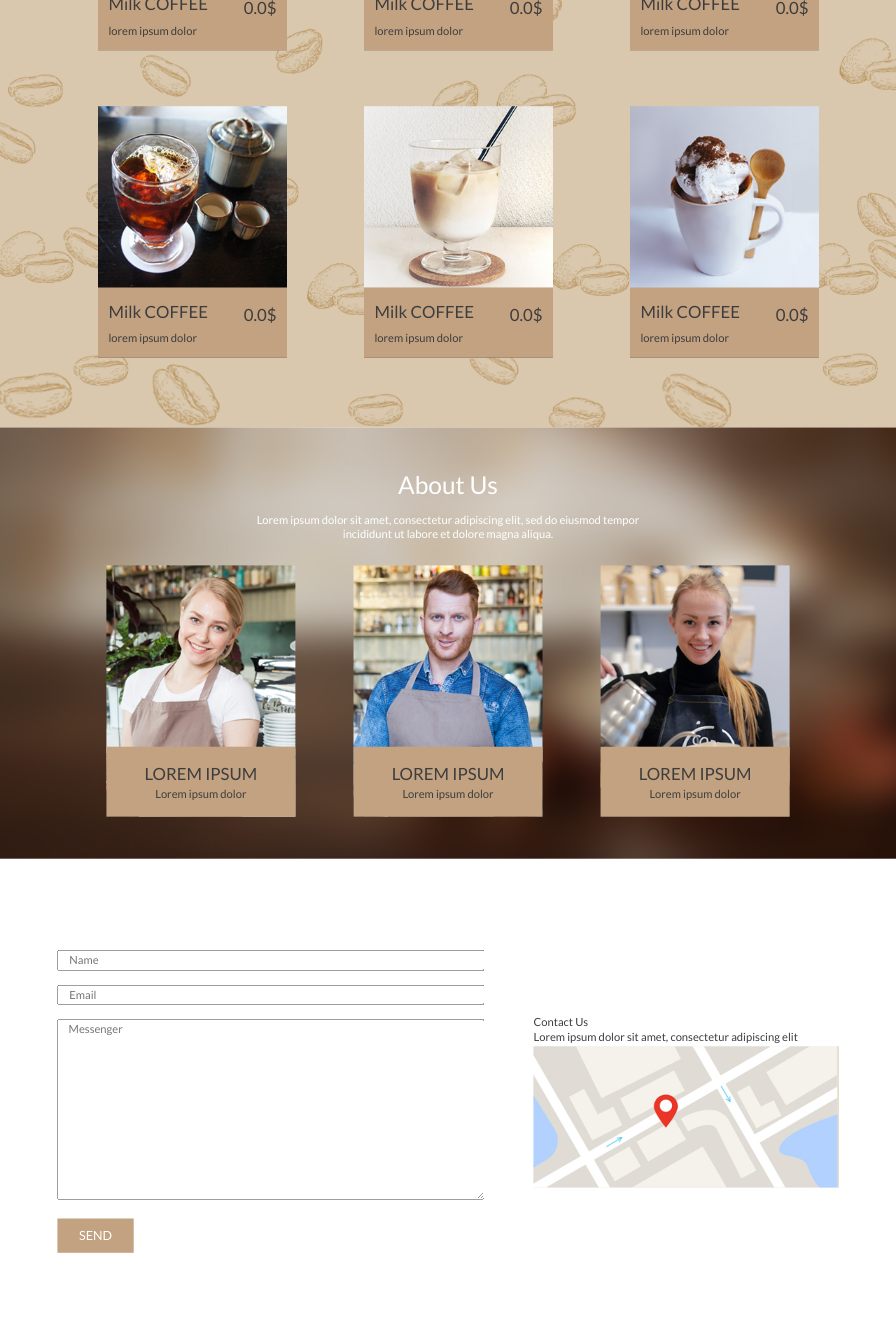
Repository: kuluong2000/coffe
Page: index.html
These files come from the project's save history. The page is drawn as it stood at one moment and after the next save; the edit follows.
The browser window is 1280 px wide. The pictures show the part of the page from y = 1744 to 3664 px (the page is 3664 px tall), at 70% of full size.

Above is the page before, as saved 2021-10-04 22:55:34.

### index.html
<!DOCTYPE html>
<html lang="en">
  <head>
    <meta charset="UTF-8" />
    <meta http-equiv="X-UA-Compatible" content="IE=edge" />
    <meta name="viewport" content="width=device-width, initial-scale=1.0" />
    <link rel="stylesheet" href="./libs/css/bootstrap.min.css" />
    <link rel="stylesheet" href="./libs/css/animate.css" />
    <link rel="stylesheet" href="./libs/css/slick-theme.css" />
    <link rel="stylesheet" href="./libs/css/slick.css" />
    <link rel="stylesheet" href="./Assets/css/reset.css" />
    <link rel="stylesheet" href="./Assets/css/style.css" />
    <link rel="stylesheet" href="./Assets/css/responsive.css" />
    <title>Document</title>
  </head>
  <body>
    <header class="header">
      <div class="container">
        <div class="row">
          <div class="header-main">
            <div class="header-menu">
              <a href="#">
                <img src="./Assets/image/logo.png" alt="" srcset="" />
              </a>
            </div>
            <nav>
              <ul class="header-menu">
                <li class="header-menu-item"><a href="#" class="header-menu-link">Home</a></li>
                <li class="header-menu-item"><a href="#" class="header-menu-link">Our Story</a></li>
                <li class="header-menu-item"><a href="#" class="header-menu-link">Menu</a></li>
                <li class="header-menu-item"><a href="#" class="header-menu-link">Order</a></li>
                <li class="header-menu-item"><a href="#" class="header-menu-link">About Us</a></li>
                <li class="header-menu-item"><a href="#" class="header-menu-link">Contact</a></li>
                <li class="header-menu-item"><a href="#" class="header-menu-link">Cart</a></li>
              </ul>
            </nav>
          </div>
        </div>
      </div>
    </header>
    <main>
      <section class="banner">
        <div class="banner-img">
          <img src="./Assets/image/banner.jpg" alt="" srcset="" />
        </div>
        <div class="container">
          <div class="row">
            <div class="banner-main">
              <div class="banner-content">
                <h1 class="banner-heading">HELLO COFFEE</h1>
                <p class="banner-desc">Lorem ipsum dolor sit amet, consectetur adipiscing elit, sed do eiusmod tempor incididunt ut labore et...</p>
                <a href="#" class="btn"> Read More </a>
              </div>
            </div>
          </div>
        </div>
      </section>
      <section class="story">
        <div class="container">
          <div class="row">
            <div class="story-main">
              <div class="story-media">
                <div class="story-image">
                  <img src="./Assets/image/story.jpg" alt="" />
                </div>
              </div>
              <div class="story-info">
                <div class="story-title">Our Story</div>
                <p class="story-desc">
                  Lorem ipsum dolor sit amet, consectetur adipiscing elit, sed do eiusmod tempor incididunt ut labore et dolore magna aliqua.
                  <br />
                  Ut enim ad minim veniam, quis nostrud exercitation ullamco laboris nisi ut aliquip ex ea commodo consequat.
                </p>
                <a href="#" class="btn">Read More</a>
              </div>
            </div>
          </div>
        </div>
      </section>
      <section class="menu">
        <div class="container">
          <div class="row">
            <div class="menu-main">
              <div class="box">
                <h2 class="title menu-box-title">Menu</h2>
                <p class="desc menu-box-desc">Lorem ipsum dolor sit amet, consectetur adipiscing elit, sed do eiusmod tempor incididunt ut labore et dolore magna aliqua.</p>
              </div>
              <div class="menu-list">
                <div class="menu-item">
                  <div class="menu-item-image">
                    <img src="./Assets/image/menu_img1.jpg" alt="" />
                  </div>
                  <div class="menu-item-info">
                    <div class="menu-item-content">
                      <h2 class="menu-item-name">Milk COFFEE</h2>
                      <p class="menu-item-desc">lorem ipsum dolor</p>
                    </div>
                    <p class="menu-item-price">0.0$</p>
                  </div>
                </div>
                <div class="menu-item">
                  <div class="menu-item-image">
                    <img src="./Assets/image/menu_img2.jpg" alt="" />
                  </div>
                  <div class="menu-item-info">
                    <div class="menu-item-content">
                      <h2 class="menu-item-name">Milk COFFEE</h2>
                      <p class="menu-item-desc">lorem ipsum dolor</p>
                    </div>
                    <p class="menu-item-price">0.0$</p>
                  </div>
                </div>
                <div class="menu-item">
                  <div class="menu-item-image">
                    <img src="./Assets/image/menu_img3.jpg" alt="" />
                  </div>
                  <div class="menu-item-info">
                    <div class="menu-item-content">
                      <h2 class="menu-item-name">Milk COFFEE</h2>
                      <p class="menu-item-desc">lorem ipsum dolor</p>
                    </div>
                    <p class="menu-item-price">0.0$</p>
                  </div>
                </div>
                <div class="menu-item">
                  <div class="menu-item-image">
                    <img src="./Assets/image/menu_img4.jpg" alt="" />
                  </div>
                  <div class="menu-item-info">
                    <div class="menu-item-content">
                      <h2 class="menu-item-name">Milk COFFEE</h2>
                      <p class="menu-item-desc">lorem ipsum dolor</p>
                    </div>
                    <p class="menu-item-price">0.0$</p>
                  </div>
                </div>
                <div class="menu-item">
                  <div class="menu-item-image">
                    <img src="./Assets/image/menu_img5.jpg" alt="" />
                  </div>
                  <div class="menu-item-info">
                    <div class="menu-item-content">
                      <h2 class="menu-item-name">Milk COFFEE</h2>
                      <p class="menu-item-desc">lorem ipsum dolor</p>
                    </div>
                    <p class="menu-item-price">0.0$</p>
                  </div>
                </div>
                <div class="menu-item">
                  <div class="menu-item-image">
                    <img src="./Assets/image/menu_img6.jpg" alt="" />
                  </div>
                  <div class="menu-item-info">
                    <div class="menu-item-content">
                      <h2 class="menu-item-name">Milk COFFEE</h2>
                      <p class="menu-item-desc">lorem ipsum dolor</p>
                    </div>
                    <p class="menu-item-price">0.0$</p>
                  </div>
                </div>
              </div>
            </div>
          </div>
        </div>
      </section>
      <section class="about">
        <div class="container">
          <div class="row">
            <div class="about-main">
              <div class="box">
                <h2 class="title">About Us</h2>
                <p class="desc">Lorem ipsum dolor sit amet, consectetur adipiscing elit, sed do eiusmod tempor incididunt ut labore et dolore magna aliqua.</p>
              </div>
              <div class="about-list">
                <div class="about-item">
                  <div class="about-avatar">
                    <img src="/Assets/image/about_img1.jpg" alt="" />
                  </div>
                  <div class="about-info">
                    <h2 class="about-name">Lorem Ipsum</h2>
                    <p class="about-position">Lorem ipsum dolor</p>
                    <a href="#" class="btn about-btn">Read More</a>
                  </div>
                </div>
                <div class="about-item">
                  <div class="about-avatar">
                    <img src="/Assets/image/about_img2.jpg" alt="" />
                  </div>
                  <div class="about-info">
                    <h2 class="about-name">Lorem Ipsum</h2>
                    <p class="about-position">Lorem ipsum dolor</p>
                    <a href="#" class="btn about-btn">Read More</a>
                  </div>
                </div>
                <div class="about-item">
                  <div class="about-avatar">
                    <img src="/Assets/image/about_img3.jpg" alt="" />
                  </div>
                  <div class="about-info">
                    <h2 class="about-name">Lorem Ipsum</h2>
                    <p class="about-position">Lorem ipsum dolor</p>
                    <a href="#" class="btn about-btn">Read More</a>
                  </div>
                </div>
              </div>
            </div>
          </div>
        </div>
      </section>
      <section class="contact">
        <div class="container">
          <div class="row">
            <div class="contact-main">
              <div class="contact-form">
                <form action="">
                  <input type="text" placeholder="Name" />
                  <input type="email" name="" id="" placeholder="Email" />
                  <textarea name="" id="" cols="30" rows="10" placeholder="Messenger"></textarea>
                  <a href="#" class="btn form-btn">Send</a>
                </form>
              </div>
              <div class="contact-map">
                <h2 class="contact-name">Contact Us</h2>
                <p class="contact-desc">Lorem ipsum dolor sit amet, consectetur adipiscing elit</p>
                <img src="./Assets/image/contact_img.jpg" alt="" />
              </div>
            </div>
          </div>
        </div>
      </section>
    </main>

    <script src="./libs/Js/jquery-3.5.1.slim.min.js"></script>
    <script src="./libs/Js/bootstrap.min.js"></script>
    <script src="./libs/Js/slick.min.js"></script>
    <script src="./libs/Js/wow.js"></script>
  </body>
</html>

### Assets/css/reset.css
html, body, div, span, applet, object, iframe,
h1, h2, h3, h4, h5, h6, p, blockquote, pre,
a, abbr, acronym, address, big, cite, code,
del, dfn, em, img, ins, kbd, q, s, samp,
small, strike, strong, sub, sup, tt, var,
b, u, i, center,
dl, dt, dd, ol, ul, li,
fieldset, form, label, legend,
table, caption, tbody, tfoot, thead, tr, th, td,
article, aside, canvas, details, embed,
figure, figcaption, footer, header, hgroup,
menu, nav, output, ruby, section, summary,
time, mark, audio, video {
	margin: 0;
	padding: 0;
	border: 0;
	font-size: 100%;
	vertical-align: baseline;
}
/* HTML5 display-role reset for older browsers */
article, aside, details, figcaption, figure,
footer, header, hgroup, menu, nav, section {
	display: block;
}
* {
	box-sizing: border-box;
}
body {
	line-height: 1;
  font-family: 'Muli', sans-serif;


  font-style: normal;
  font-weight: normal;
  font-size: 16px;
  line-height: 32px;
}
ol, ul {
	list-style: none;
}
blockquote, q {
	quotes: none;
}
blockquote:before, blockquote:after,
q:before, q:after {
	content: '';
	content: none;
}
table {
	border-collapse: collapse;
	border-spacing: 0;
}

img {
  max-width: 100%;
	vertical-align: bottom;
}
a {
	outline: none;
}

### Assets/css/style.css
@import url('https://fonts.googleapis.com/css2?family=Lato:ital,wght@0,400;0,700;0,900;1,300;1,400;1,700;1,900&display=swap');
*{
    padding: 0;
    margin: 0;
    box-sizing: border-box;
}
body{
    font-family: 'Lato', sans-serif;
    font-size: 16px;
    line-height: 1.6;
    color: #3d3d3d;
    font-weight: 400;
}

.header{
    position: absolute;
    width: 100%;
    background-color: rgba(0,0,0 , 0.5);
    padding: 20px 0 20px;
    z-index: 99;
}
.header-main{
    display:flex;
    justify-content: space-between;
    align-items: center;
}
.header-menu{
    display:flex;
    justify-content: space-between;
    align-items: center;
}
.header-menu-item{
    list-style-type: none;
}
.header-menu-item:not(:first-child){
    margin-left: 25px;
}
.header-menu-link{
    position: relative;
    color: white;
    text-transform: uppercase;
    text-decoration: none;
    font-size: 12px;
    padding-bottom: 7px;

}
.header-menu-link::before{
    content: '';
    position: absolute;
    bottom: 0;
    left:  0;
    height: 2px;
    width: 100%;
    background-color: #c3a281;
    transform: scale(0);
    transition: 0.5s;
    transform-origin: right;
}
.header-menu-link:hover,
.header-menu-link:hover::before{
    color: #c3a281;
    transform: scale(1);
}
.banner{
    position: relative;
    min-height: 660px;

}
.banner-img{
    position: relative;
    z-index: -1;
    object-fit: cover;
    width: 100%;
}
.banner-img img{
    width: 100%;
}

.banner-main{
    position: absolute;
    left: auto;
    top: 50%;
    transform: translateY(-50%);
    color: white;
    width: max-content;

}

.banner-heading{
    font-weight: 400;
    font-size: 48px;
    letter-spacing: 0.5px;
    margin-bottom: 40px;
}
.banner-desc{
    width: 390px;
    margin-bottom: 40px;
}
.btn{
    font-size: 18px;
    color: white;
    font-weight: 400;
    padding: 10px 30px;
    background-color: #c3a281;
    border-radius: 0%;
    text-transform: uppercase;
}
.btn:hover{
    color: white;
}
.story{
    padding-top: 95px;
    min-height: 600px;
}
.story-main{
    display:flex;
    padding: 0 70px;
    align-items: center;
}
.story-media{
    position: relative;
}
.story-icon-play{
    position: absolute;
    top: 50%;
    left: 50%;
    transform:translate(-50%,-50%);
}
.story-image{
    min-width: 600px;
    height: 100%;
    object-fit: cover;
}
.story-image img{
    width: 100%;
    height: 100%;
}
.story-info{
    margin-left: 30px;
}
.story-title{
    font-size: 35px;
    margin-bottom: 20px;
    text-transform: uppercase;
}
.story-desc{
    text-align: justify;
    margin-bottom: 40px;
    line-height: 20px;
}
.menu{

    padding-bottom: 100px;
    background: url(/Assets/image/menu_bg.png) no-repeat center / cover;
}
.menu-main{
    padding: 0;
}
.box{
    padding-top: 60px;
    margin: 0 auto;
    width: 100%;
    max-width: 570px;
    text-align: center  ;
}
.title{
    font-size: 35px;
    margin-bottom: 20px;
    color: white;
}
.desc{
    line-height: 20px;
    color: white;
    margin-bottom: 35px;
}
.menu-list{
    display: grid;
    grid-template-columns: repeat(3,1fr);
    grid-gap: 80px 110px;
    /* display: flex;
    flex-wrap: wrap; */
    padding: 0 70px;



}

.menu-item{
    /* width: calc((100% ) /3); */
    width: 270px;
    position: relative;

}
.menu-item:hover .menu-item-info{
    height: 130px;
    background-color: #3d3d3d;
    color: #c3a281;
}
.menu-item:hover .menu-item-price{
    display: none;
}
.menu-item:hover .menu-item-name{
    border-bottom: 2px solid #c3a281;
}
.menu-item-info{
    display: flex;
    justify-content: space-between;
    background-color: #c3a281;
    padding: 20px 15px;
    width: 270px;
    height: 100px;
    position: absolute;
    bottom: 0;
    left: 0;
    transition: all 0.5s ease;
}

.menu-item-name{
    font-size: 24px;
    margin-bottom: 10px;
}
.menu-item-price{
    font-size: 24px;
}
.about{
    padding-bottom: 60px;
    background: url(/Assets/image/about_bg.jpg) no-repeat center /  cover;
    min-height: 600px;
}
.about-list{
    padding: 0 70px;
    display:flex;
    justify-content: space-between;
    align-items: center;
}
.about-item{
    position: relative;
    width: 270px;
}
.about-avatar{
    max-width: 270px;
    height: 100%;
}
.about-avatar img{
    max-width: 100%;
}
.about-info{
    padding: 25px 0;
    text-align: center;
    width: 270px;
    height: 100px;
    position: absolute;
    bottom: 0;
    left: 0;
    background-color: #c3a281;
    transition: 0.5s;
}
.about-name{
    font-size: 24px;
    text-transform: uppercase;

}
.about-position{
    transition: 0.5s;
}
.about-btn{
    opacity: 0;
    visibility: hidden;
    width: max-content;
    margin: 0 auto;
}

.about-item:hover .about-info{
    height: 125px;
    background-color: #3d3d3d;
    color: #c3a281;
}

.about-item:hover .about-btn{
    margin-top: 5px;
    opacity: 1;
    visibility:visible;

}
.about-item:hover .about-position{
    display: none;
}
.contact{
    padding: 130px 0;
    min-height: 600px;
}
.contact-main{
    display:flex;
    justify-content: space-between;
    align-items: center;
}
.contact-form{
    margin-right: 70px;
}
.contact-form input,
.contact-form textarea{
    width: 100%;
    margin-bottom: 20px;
    padding:  0 15px;
}

### Assets/css/responsive.css
@media (min-width:1400px){
    .container{
        max-width: 1170px;
    }
}

Loaded but not shown: libs/css/bootstrap.min.css (library); libs/css/animate.css (library); libs/css/slick-theme.css (library); libs/css/slick.css (common file); libs/Js/jquery-3.5.1.slim.min.js (library); libs/Js/bootstrap.min.js (library); libs/Js/slick.min.js (library); libs/Js/wow.js (library)

After the next save:
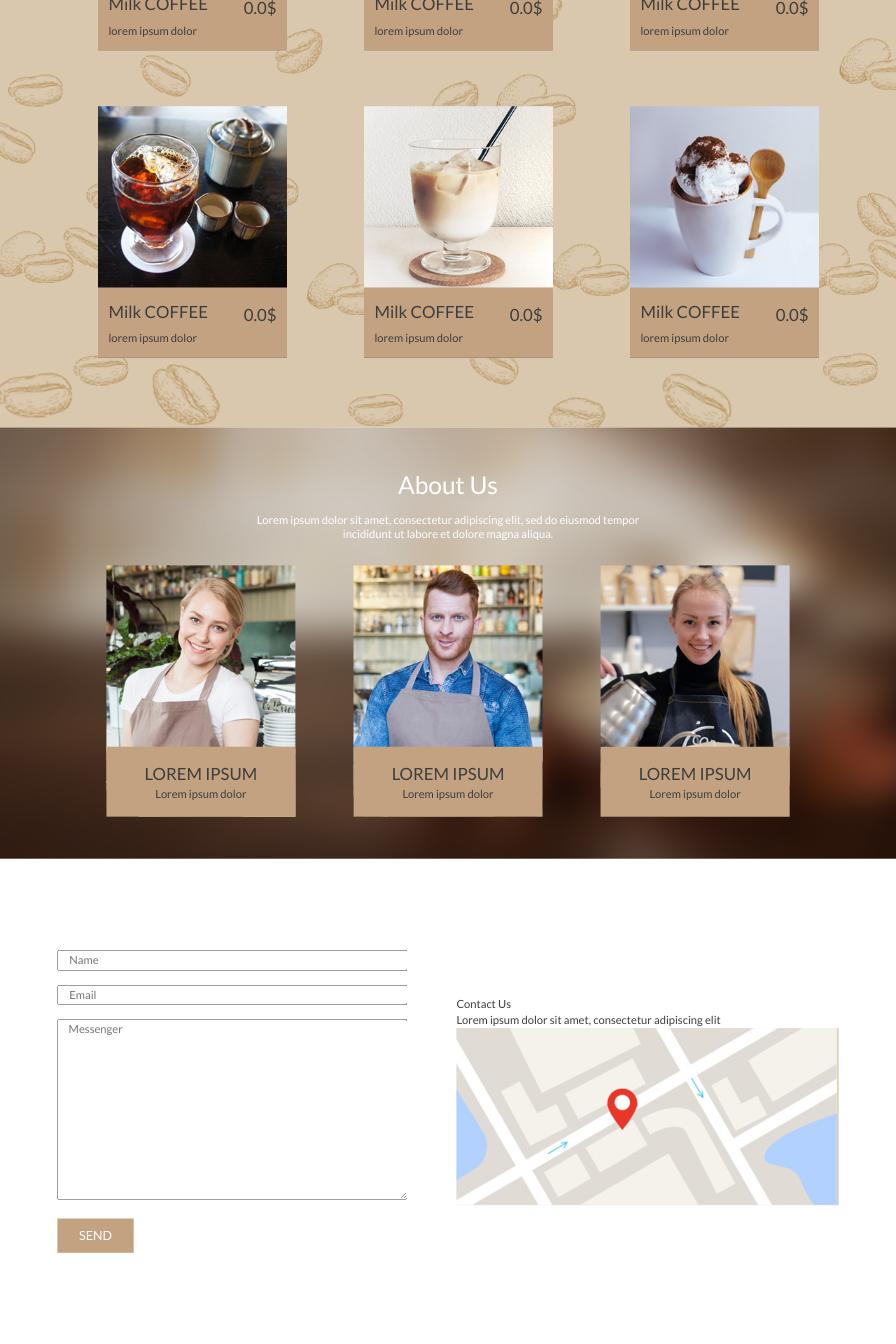
Saved 32 s later.
--- a/Assets/css/style.css
+++ b/Assets/css/style.css
@@ -295,6 +295,8 @@ body{
     align-items: center;
 }
 .contact-form{
+    width: 100%;
+    max-width: 500px;
     margin-right: 70px;
 }
 .contact-form input,
